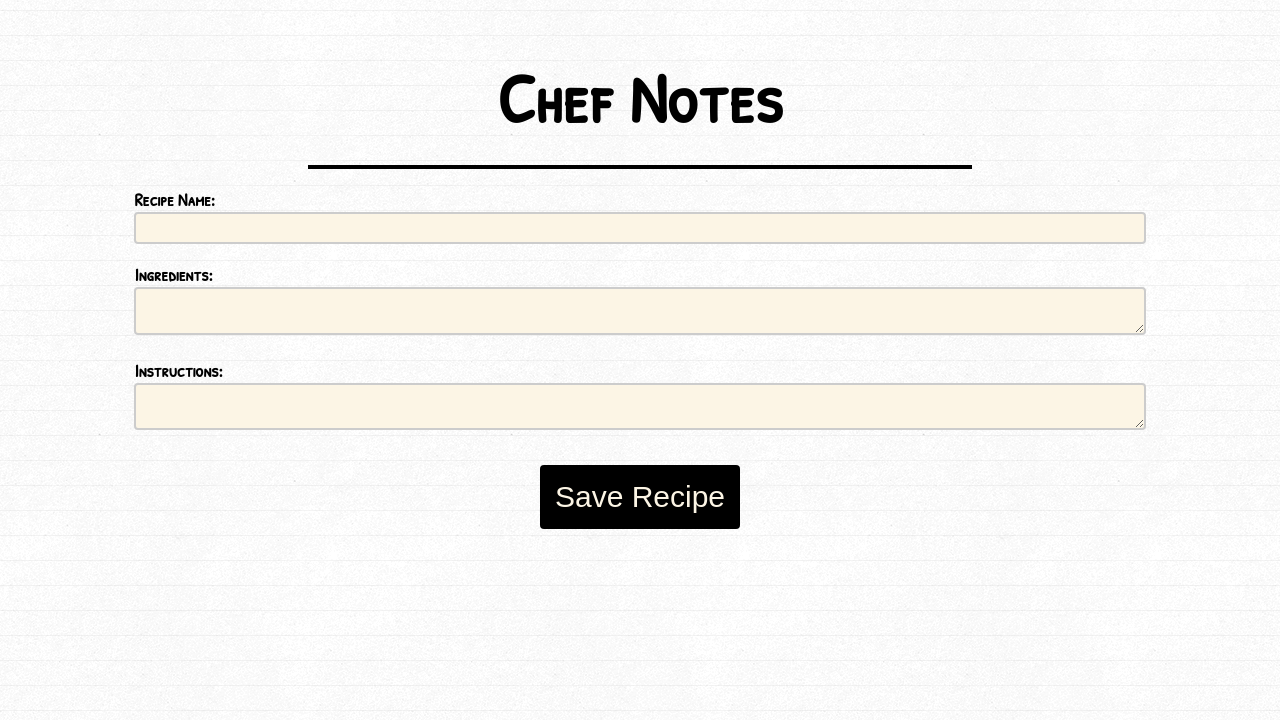
Repository: Chadloswald/RecipeSite
Page: index.html
An editor plug-in stored every save of this project. The page is shown before and after the next save, followed by the edit.
The browser window is 1280 px wide. The pictures show the whole page.

Above is the page before, as saved 2023-04-03 20:34:35.

### index.html
<!DOCTYPE html>
<html lang="en">
  <head>
    <meta charset="UTF-8">
    <title>ChefNotes</title>
    <style type="text/css">
      /* body {
      background-color: rgb(0,0,0);
      background-image: url(http://www.zingerbugimages.com/backgrounds/parchment_paper_wallpaper_texture_seamless.jpg);
      background-position: top left;
      background-repeat: repeat;
      background-attachment: fixed;
    } */
    </style>
    <link rel="stylesheet" href="style.css">
  </head>
  <body>
    <!-- <div id="corner-border"></div> -->
    <h1>Chef Notes</h1>
    <form>
      <label for="name">Recipe Name:</label>
      <input type="text" id="name" name="name">
      <br>
      <label for="ingredients">Ingredients:</label>
      <textarea id="ingredients" name="ingredients"></textarea>
      <br>
      <label for="instructions">Instructions:</label>
      <textarea id="instructions" name="instructions"></textarea>
      <br>
      <button id="saveButton" type="button">Save Recipe</button>
    </form>
    <div id="list"></div>
    <script src="scripts.js"></script>
  </body>
</html>

### style.css
@font-face {
  font-family: 'Patrick Hand';
  src: url('PatrickHandSC-Regular.ttf') format('truetype');
}
body {
  font-family: 'Patrick Hand', cursive;
  margin-top: 30px;
  padding: 0;
  background-image: url("lined-paper-2.png");
 /* background-color: #FCF5E5;
  */
 /* border: 1px solid black;
  */
}
h1 {
  text-align: center;
  padding: 20px 0;
  border-bottom: 4px solid black;
  margin: 0 300px;
  font-size: 70px;
}
/* @media (max-width: 600px) {
  h1 {
    font-size: xx-large;
    }
    label {
      font-size: larger;
    }
} */
form {
  width: 80%;
  margin: 0 auto;
}
label {
  display: block;
  font-weight: bold;
  margin-top: 1em;
  font-size: large;
}
input[type="text"], textarea {
  background-color: #FCF5E5;
  width: 100%;
  box-sizing: border-box;
  padding: 0.5em;
  border: 2px solid #ccc;
  border-radius: 4px;
}
button {
  display: block;
  margin: 1em auto;
  padding: 0.5em;
  border-radius: 4px;
  background-color: black;
  color: #FCF5E5;
  font-size: 30px;
  border: none;
  cursor: pointer;
}
button:hover {
  background-color: #ADD8E6;
  color: black;
}
#recipe-list {
  width: 80%;
  margin: 1em auto;
}

### scripts.js
document.addEventListener('DOMContentLoaded', function() { //Adds the event listener that waits for site to load before executing the function
  const save = document.getElementById('saveButton'); //The Save Button
  const nameInput = document.getElementById('name'); //The "Name" form
  const ingredientsInput = document.getElementById('ingredients'); //The "Ingredients" form
  const instructionsInput = document.getElementById('instructions'); //The "Instructions" form
  const recipeList = document.getElementById('list'); //The place where your recipes save when you hit the "Save Button"

  save.addEventListener('click', function() { //Adds the event listener to the Save button, listens for a "click"
      const name = nameInput.value; //Gets the value that was put into the "Name" form
      const ingredients = ingredientsInput.value; //Gets the value that was put into the "Ingredients" form
      const instructions = instructionsInput.value; //Gets the value that was put into the "Instructions" form

      const recipe = document.createElement('div'); //Creating a recipe "container" using a div tag
      const recipeName = document.createElement('h2'); //Takes the "name" element and puts it in the recipe container as an h2
      const recipeIngredients = document.createElement('p'); //Takes the "ingredients" element and puts it in the recipe container as an p
      const recipeInstructions = document.createElement('p'); //Takes the "instructions" element and puts it in the recipe container as an p

      recipeName.innerText = name; //Populates the "recipeName" element with the value of the "name" element
      recipeIngredients.innerText = `Ingredients: ${ingredients}`; //Populates the "recipeIngredients" element with all the strings in the "ingredients" element
      recipeInstructions.innerText = `Instructions: ${instructions}`; //Populates the "recipeInstructions" element with all the strings in the "instructions" element
      recipe.appendChild(recipeName); //These 3 lines add "recipeName" "recipeIngredients" and "recipeInstructions" of the recipe doc
      recipe.appendChild(recipeIngredients);
      recipe.appendChild(recipeInstructions);

      recipeList.appendChild(recipe); //Sets the "recipe" as a child of the "recipeList" - Causes each "recipe" to display in the "recipeList"
  });
});

After the next save:
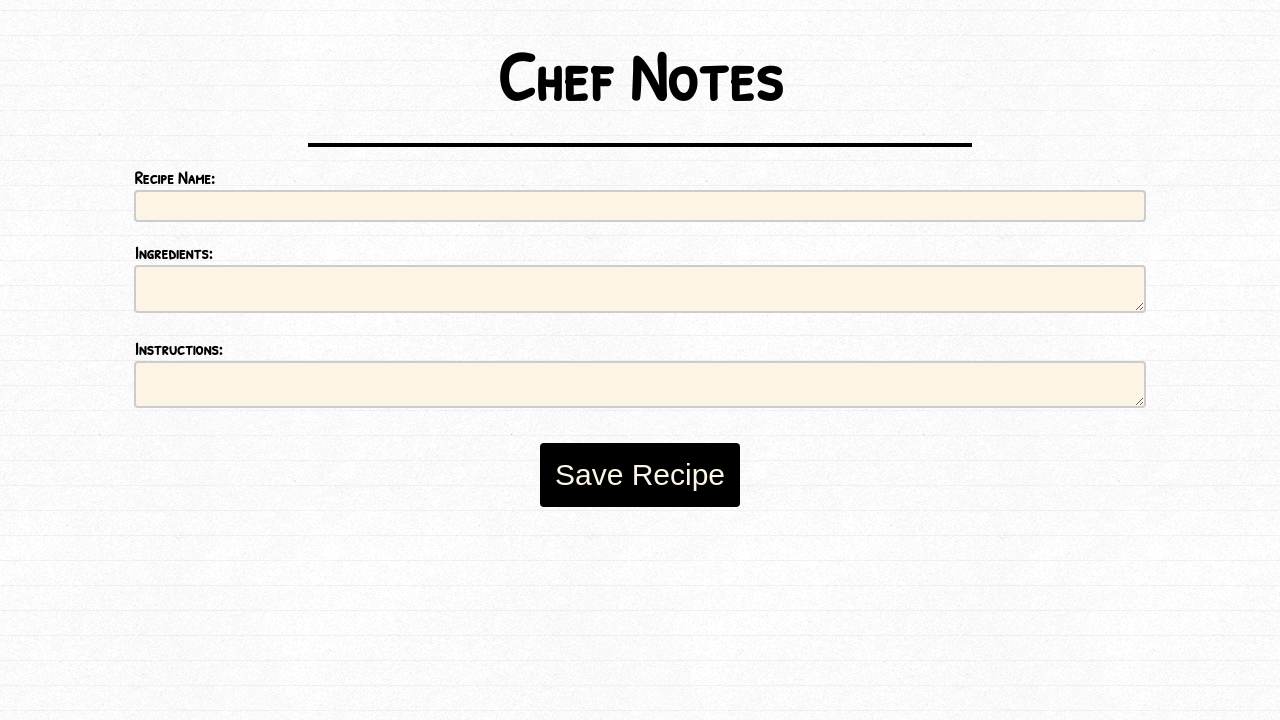
Saved 111 s later.
--- a/style.css
+++ b/style.css
@@ -4,7 +4,7 @@
 }
 body {
   font-family: 'Patrick Hand', cursive;
-  margin-top: 30px;
+  margin-top: 30px 0px 10px 0px;
   padding: 0;
   background-image: url("lined-paper-2.png");
  /* background-color: #FCF5E5;
